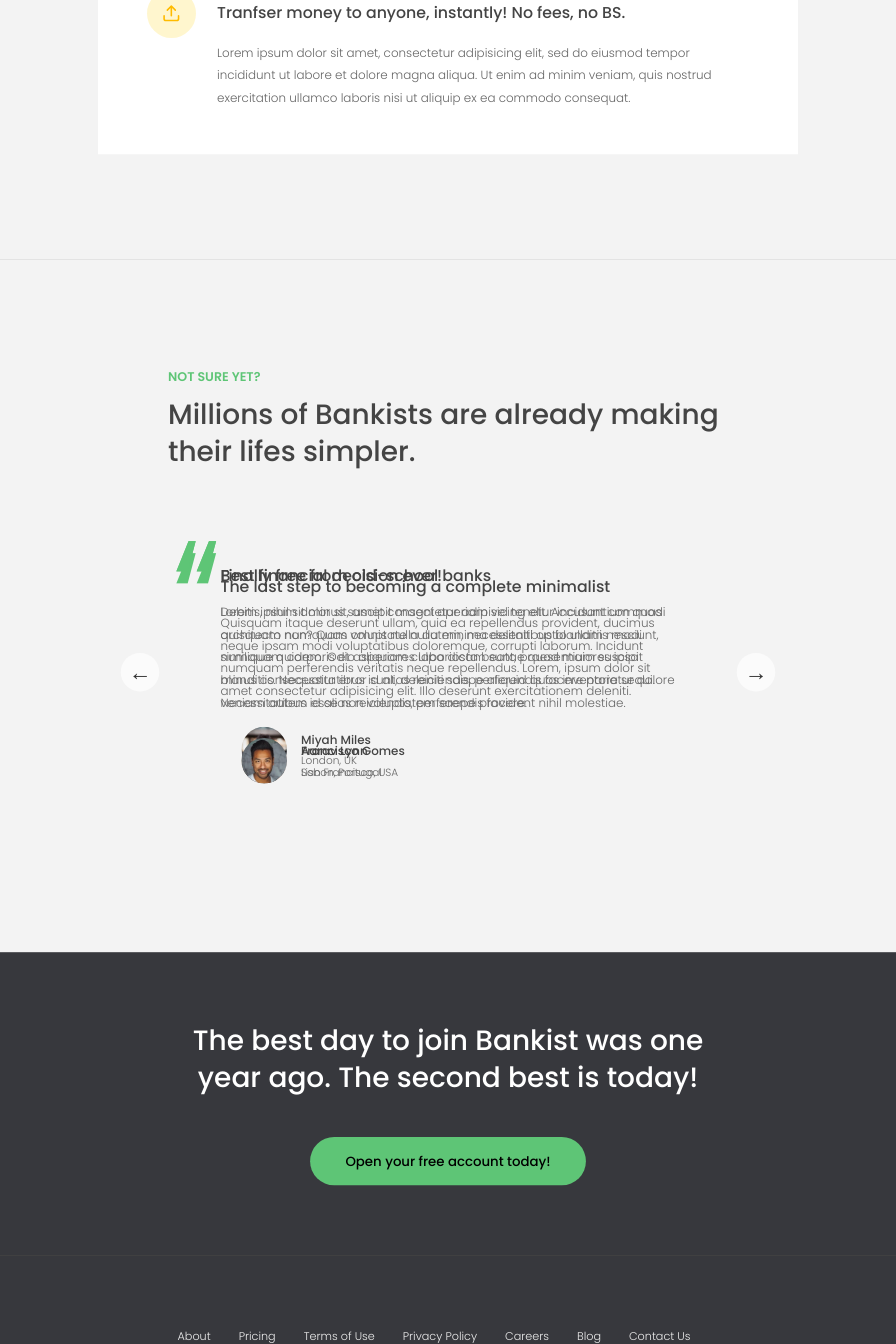
Repository: nptg3105/Bankist
Page: index.html
The author's editor kept a copy of each file at every save. The page is drawn from the files as they stood at one save, then again after the next save.
The browser window is 1280 px wide. The pictures show the part of the page from y = 2685 to 4605 px (the page is 4887 px tall), at 70% of full size.

Above is the page before, as saved 2022-05-28 07:52:46.

After the next save:
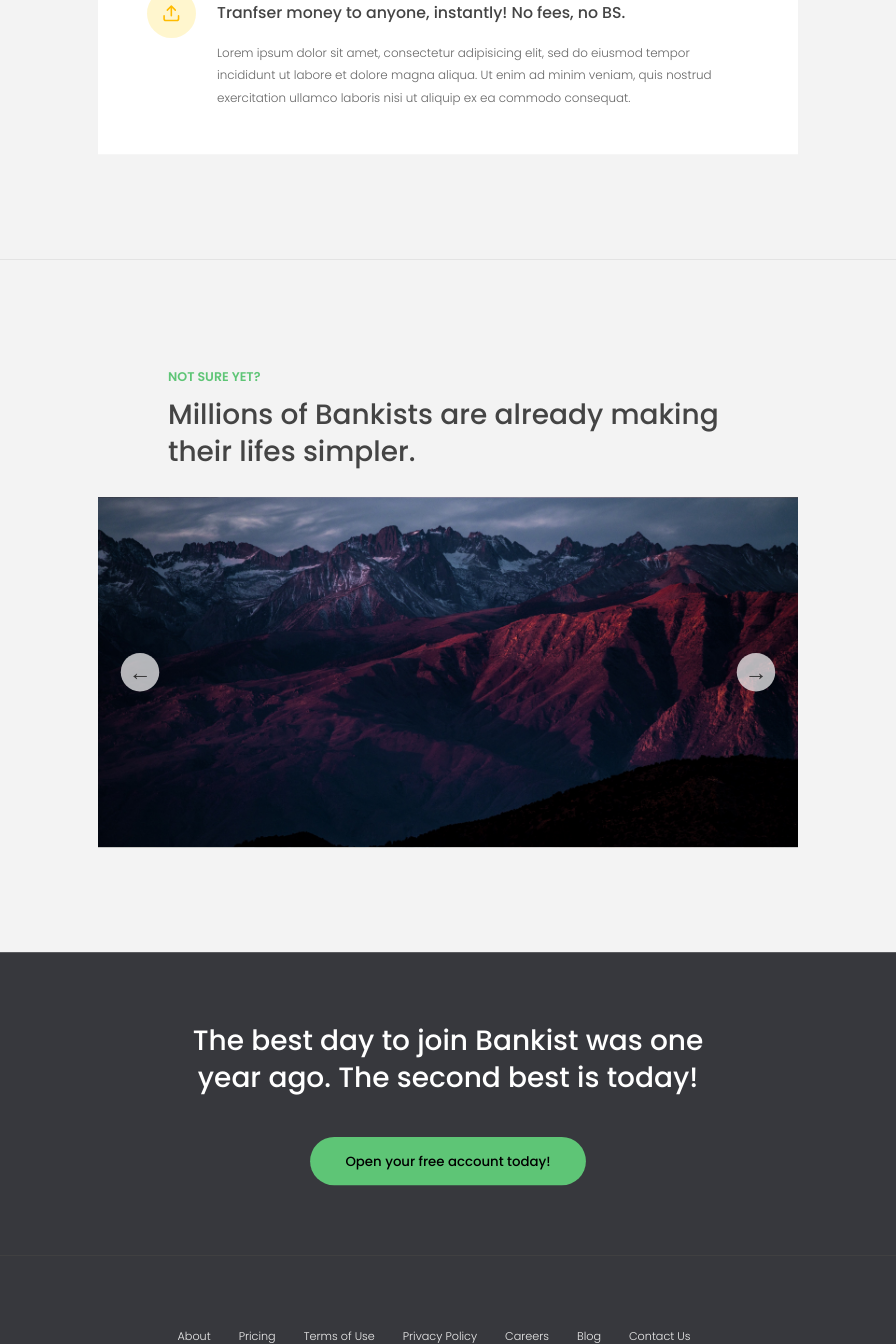
Saved 10 s later.
--- a/index.html
+++ b/index.html
@@ -215,7 +215,7 @@
       </div>
 
       <div class="slider">
-        <div class="slide slide--1">
+        <!-- <div class="slide slide--1">
           <div class="testimonial">
             <h5 class="testimonial__header">Best financial decision ever!</h5>
             <blockquote class="testimonial__text">
@@ -273,12 +273,12 @@
               <p class="testimonial__location">Lisbon, Portugal</p>
             </address>
           </div>
-        </div>
-
-        <!-- <div class="slide"><img src="images/img-1.jpg" alt="Photo 1" /></div>
+        </div> -->
+
+        <div class="slide"><img src="images/img-1.jpg" alt="Photo 1" /></div>
         <div class="slide"><img src="images/img-2.jpg" alt="Photo 2" /></div>
         <div class="slide"><img src="images/img-3.jpg" alt="Photo 3" /></div>
-        <div class="slide"><img src="images/img-4.jpg" alt="Photo 4" /></div> -->
+        <div class="slide"><img src="images/img-4.jpg" alt="Photo 4" /></div>
         <button class="slider__btn slider__btn--left">&larr;</button>
         <button class="slider__btn slider__btn--right">&rarr;</button>
         <div class="dots"></div>
